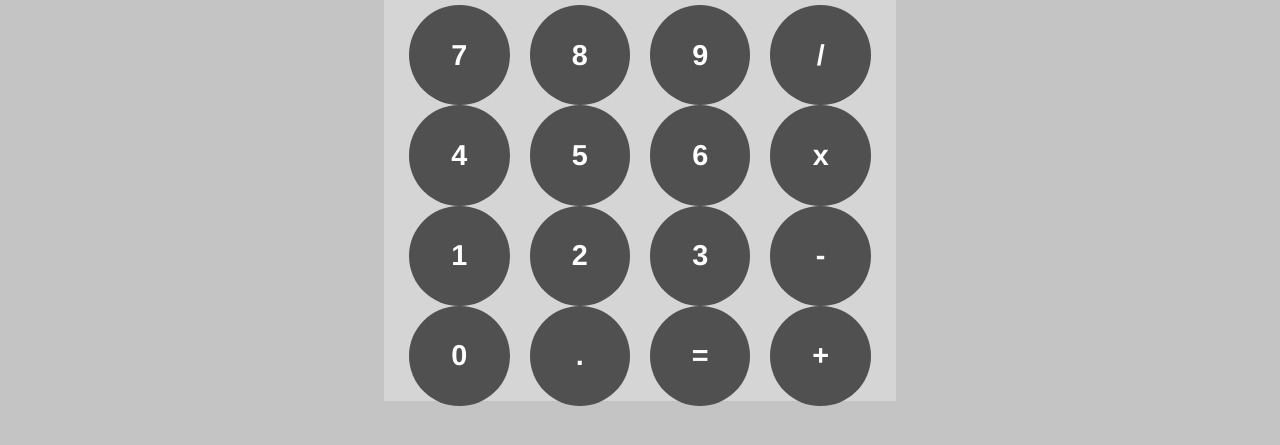
Repository: raulpenate/Calculadora-VUE3
Page: /
An editor plug-in stored every save of this project. The page is shown before and after the next save, followed by the edit.
The browser window is 1280 px wide. The pictures show the whole page.
The project was rebuilt for these pictures with package versions that can differ from the ones it lists, and the page was loaded fresh each time. Also part of the build but not shown: src/components/HelloWorld.vue.

Above is the page before, as saved 2022-03-11 09:01:41.

After the next save:
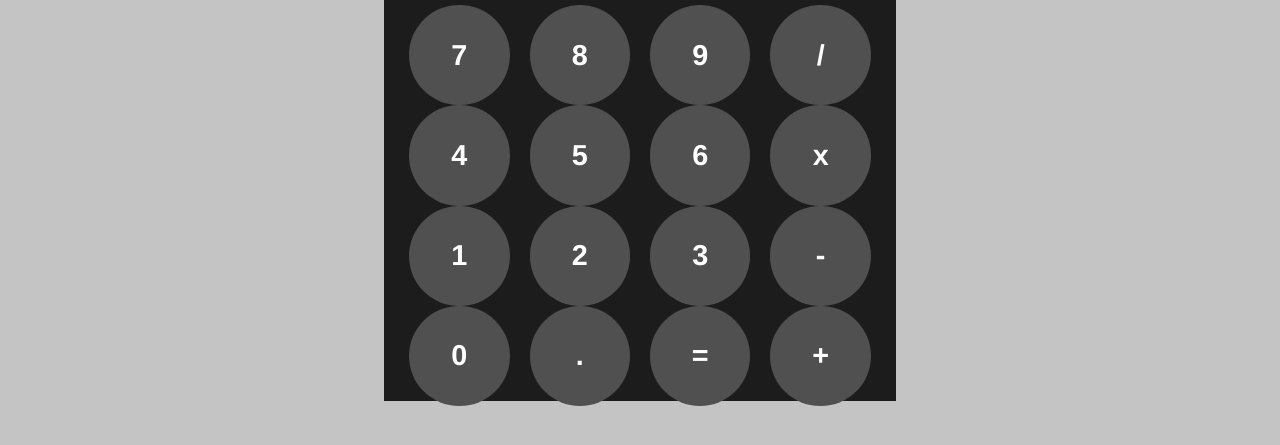
Saved 10 s later.
--- a/src/components/Calculator.vue
+++ b/src/components/Calculator.vue
@@ -45,7 +45,7 @@ body{
 }
 
 .carcasa{
-    background: #D5D5D5;
+    background: #1C1C1C;
     display: flex;
     flex-flow: wrap column;
     justify-content: space-between;
